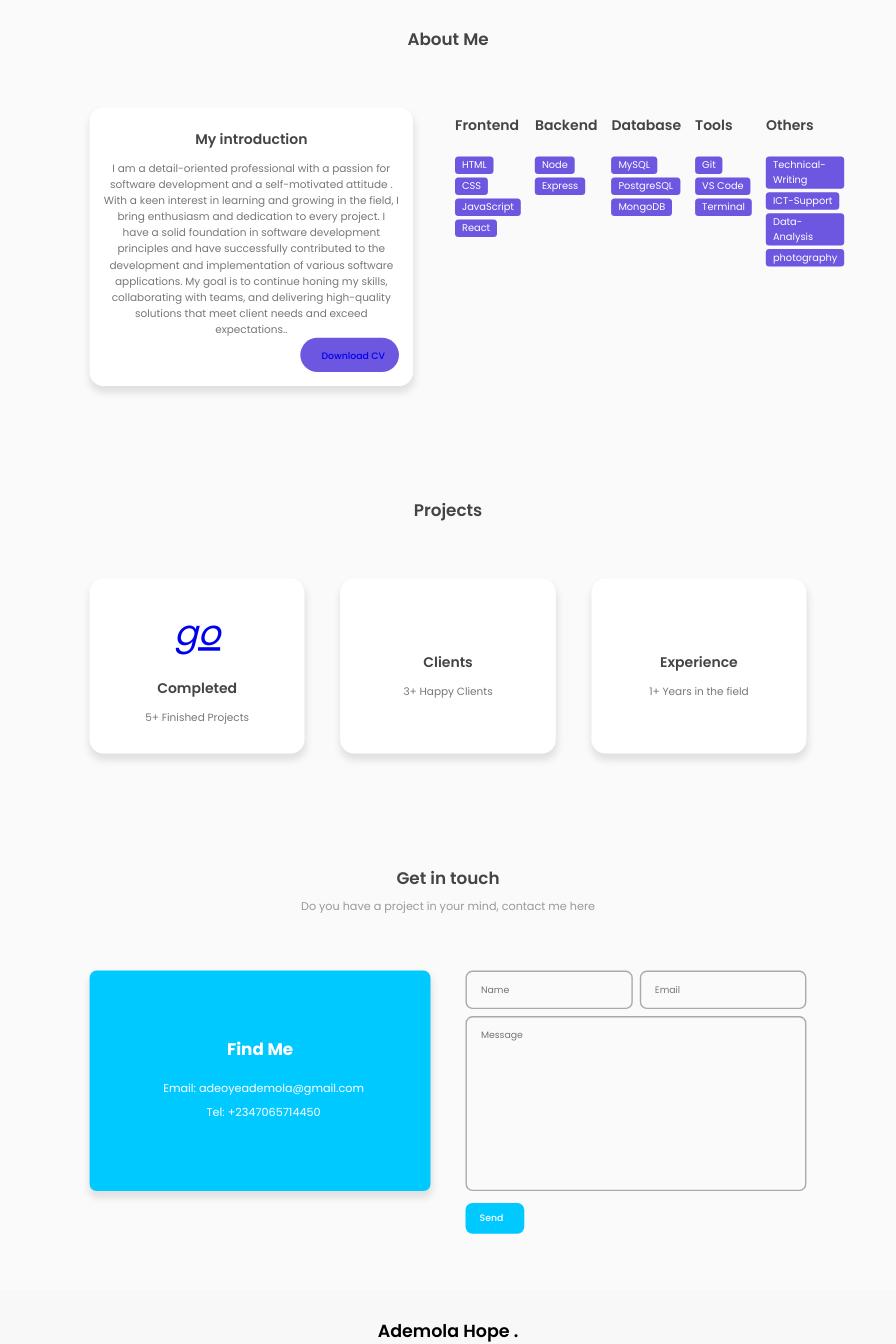
Repository: adehope1/My_Portfoilo
Page: port/index.html
An editor plug-in stored every save of this project. The page is shown before and after the next save, followed by the edit.
The browser window is 1280 px wide. The pictures show the part of the page from y = 761 to 2681 px (the page is 2928 px tall), at 70% of full size.
Some icons come from a web library that is not loaded, so they are not drawn.

Above is the page before, as saved 2024-09-01 21:59:20.
Not found: port/assest/
Not found: port/assets/css/style.css
Not found: port/assets/js/main.js

After the next save:
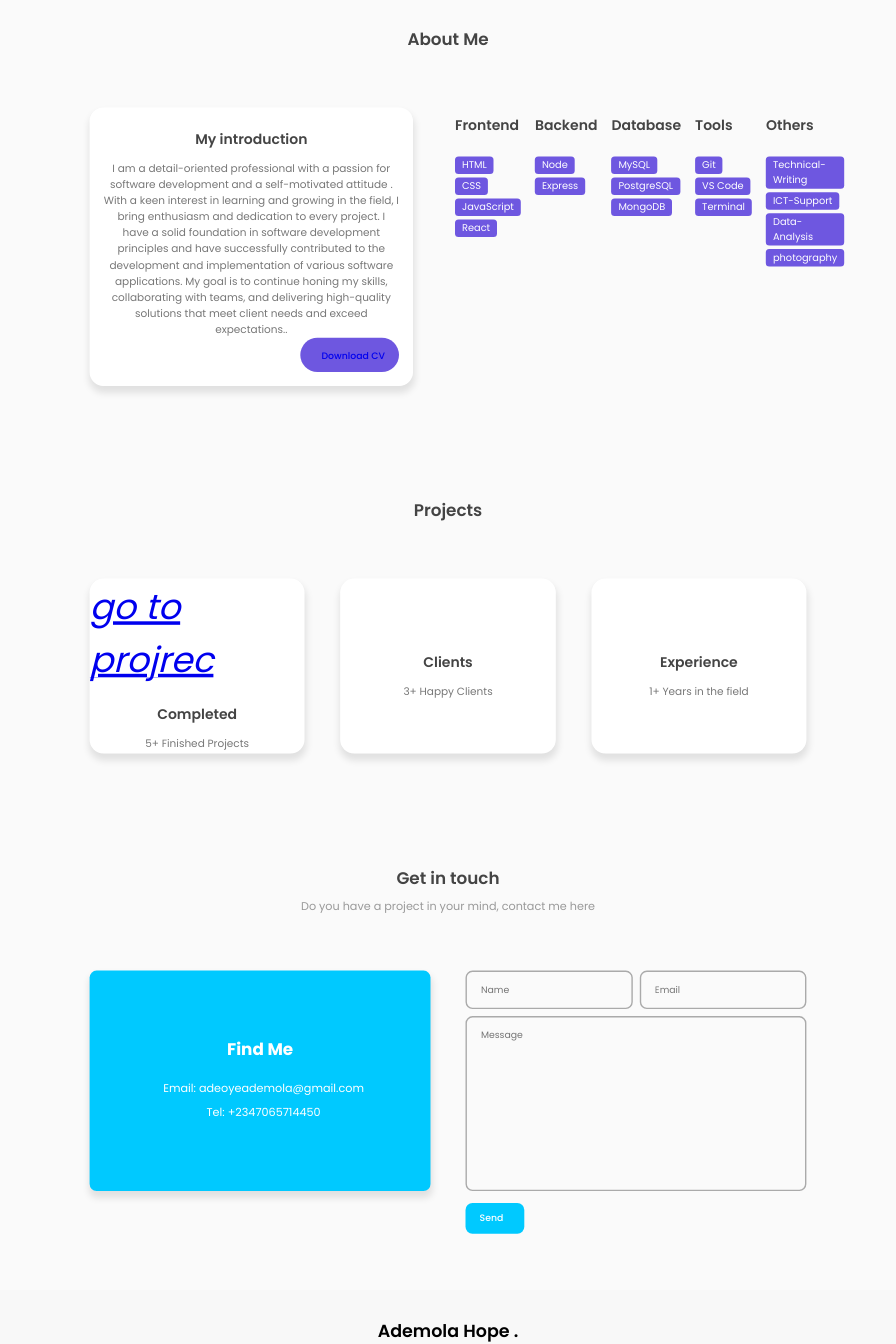
Saved 7 s later.
--- a/port/index.html
+++ b/port/index.html
@@ -174,7 +174,7 @@
           </div>
           <div class="project-container">
             <div class="project-box">
-                <i class="uil uil-briefcase-alt"><a href="./assest/index2.html">go </a></i>
+                <i class="uil uil-briefcase-alt"><a href="./assest/index2.html">go to projrec</a></i>
                 <h3>Completed</h3>
                 <label>5+ Finished Projects</label>
             </div>
